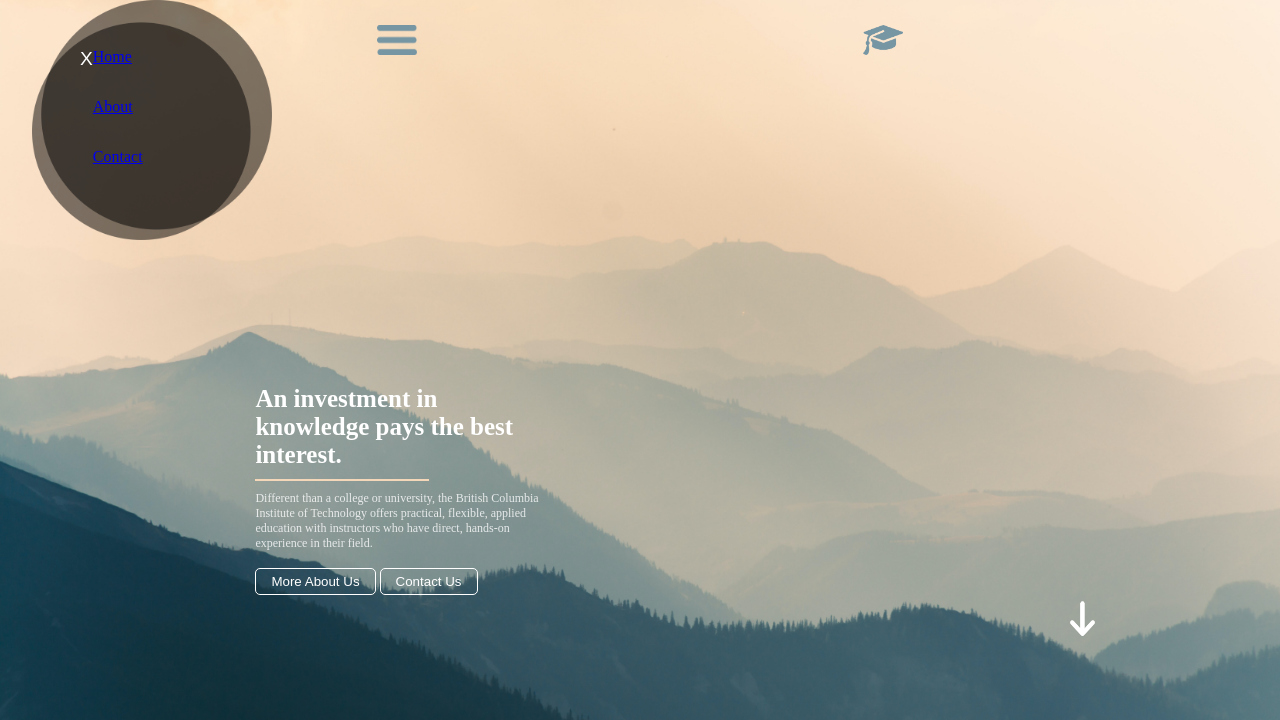
Repository: Sheraliramzan/Aly_A01253508_Assignment1
Page: /
These files come from the project's save history. The page is drawn as it stood at one moment and after the next save; the edit follows.
The browser window is 1280 px wide. The pictures show the whole page.
The project was rebuilt for these pictures with package versions that can differ from the ones it lists, and the page was loaded fresh each time. The framework's server and built-in components were replaced by stand-ins that run in the browser. Also part of the build but not shown: next.config.js.

Above is the page before, as saved 2023-02-04 17:47:18.

After the next save:
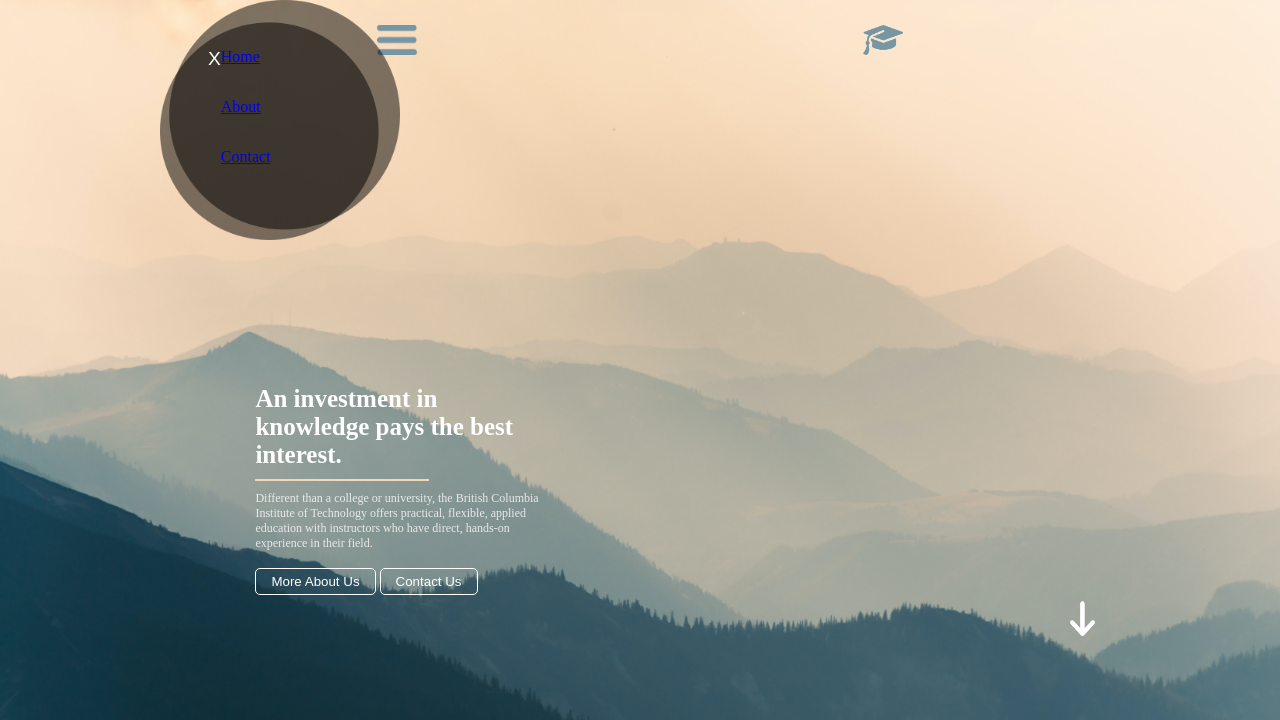
Saved 5 s later.
--- a/styles/globals.css
+++ b/styles/globals.css
@@ -25,7 +25,7 @@ body {
 .menucont{
   position: absolute;
   top: 0rem;
-  left: 2rem;
+  left: 10rem;
 }
 
 ul {
